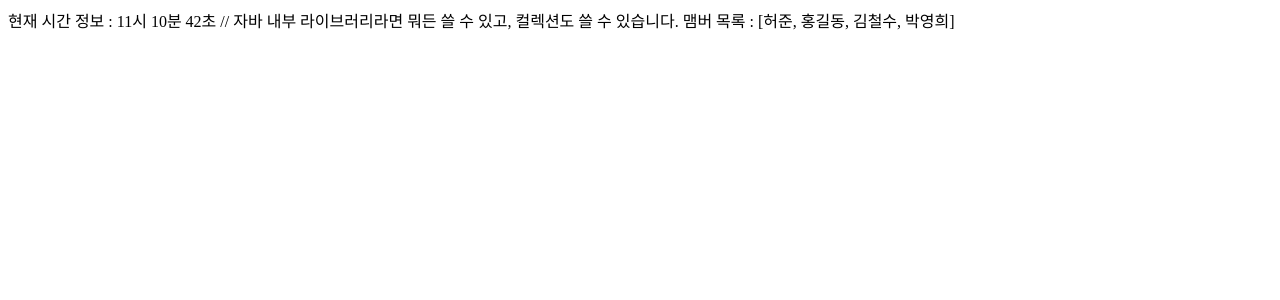
Repository: dwanGim/JSP_basic
Page: http://localhost/20220322/jsptag/directive.jsp
These files come from the project's save history. The page is drawn as it stood at one moment and after the next save; the edit follows.
The browser window is 1280 px wide. The pictures show the whole page.
The page is served by Tomcat 9.

Above is the page before, as saved 2022-03-24 08:26:41.

### 20220322/src/main/webapp/jsptag/directive.jsp

<%@page import="java.util.List"%>
<%@page import="java.util.ArrayList"%>
<%@page import="java.util.Date"%>
<%@ page language="java" contentType="text/html; charset=UTF-8"
    pageEncoding="UTF-8"%>
<!DOCTYPE html>
<html>
<head>
<meta charset="UTF-8">
<title>Insert title here</title>
</head>
<body>
<%
	// 날짜를 표시할 때 자바의 Date 객체를 사용했는데. JSP페이지에서도 그대로 쓸 수 있습니다.
	// 단 import를 해야합니다.
	// 직접 디렉티브 구문을 적어넣을 수도 있고
	// ctrl + space 자동완성을 통해 완성구문을 골라 넣을 수도 있습니다.

	Date date = new Date();
%>
	현재 시간 정보 : <%= date.getHours() %>시 <%= date.getMinutes() %>분 <%= date.getSeconds() %>초

	// 자바 내부 라이브러리라면 뭐든 쓸 수 있고, 컬렉션도 쓸 수 있습니다.
	<%

	List<String> names = new ArrayList<>();
	names.add("허준");
	names.add("홍길동");
	names.add("김철수");
	names.add("박영희");

	out.println("맴버 목록 : " + names + "<br/> ");
	%>


</body>
</html>

After the next save:
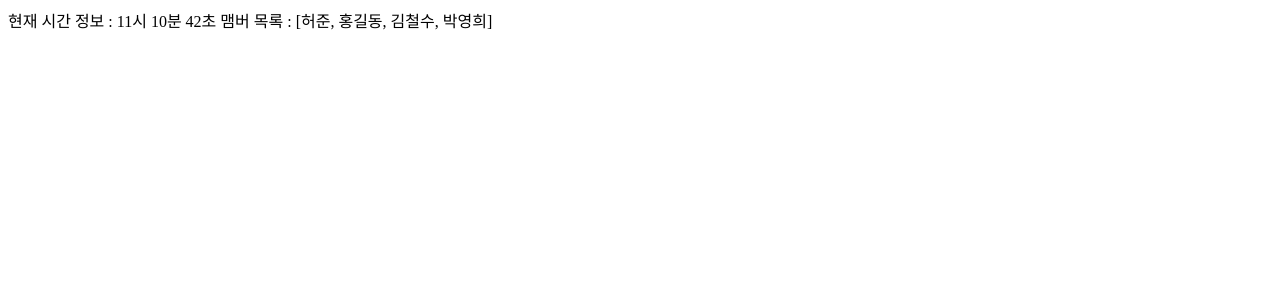
Saved 27 s later.
--- a/20220322/src/main/webapp/jsptag/directive.jsp
+++ b/20220322/src/main/webapp/jsptag/directive.jsp
@@ -21,8 +21,10 @@
 %>
 	현재 시간 정보 : <%= date.getHours() %>시 <%= date.getMinutes() %>분 <%= date.getSeconds() %>초
 
+
+	<%
 	// 자바 내부 라이브러리라면 뭐든 쓸 수 있고, 컬렉션도 쓸 수 있습니다.
-	<%
+
 
 	List<String> names = new ArrayList<>();
 	names.add("허준");
